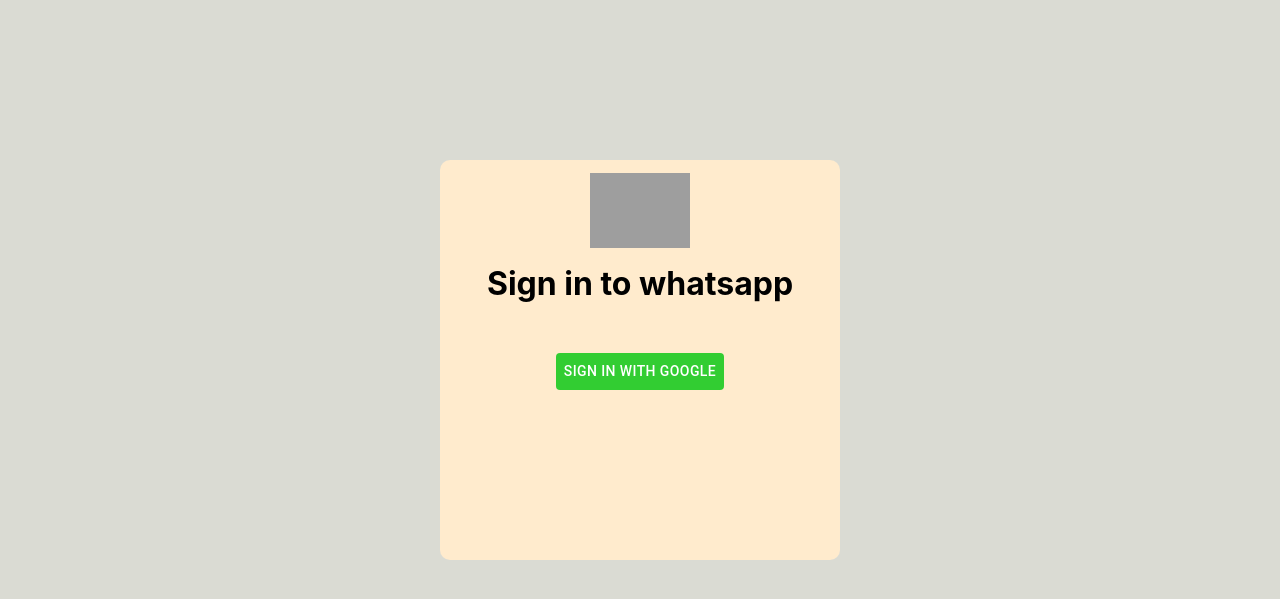
Repository: Prafullkuma/whatsappclon
Page: /
These files come from the project's save history. The page is drawn as it stood at one moment and after the next save; the edit follows.
The browser window is 1280 px wide. The pictures show the whole page.
Pictures or frames that could not be fetched are drawn as grey boxes. The project was rebuilt for these pictures with package versions that can differ from the ones it lists, and the page was loaded fresh each time. Also part of the build but not shown: src/Component/Sidebar.css, src/Component/Chat/sidebarChat.css, src/firebase.js, src/Component/Chat/SidebarChat.js, src/Component/Sidebar.js, src/Component/mainChat.css, src/Component/MainChat.js.

Above is the page before, as saved 2020-08-20 13:48:05.

### src/App.js
import React, { useState } from 'react';
import './App.css';
import Sidebar from './Component/Sidebar'
import Chat from './Component/MainChat'
import { BrowserRouter as Router, Switch, Route, useParams } from 'react-router-dom';
import Login from './Component/Auth/Login'
function App() {
  const [user, setUser] = useState('')
  return (
    <div className="app">
      {!user ? <Login /> :
        <div className="app__body">
          <Router>
            <Switch>
              <Sidebar />
              <Route path="/rooms/:roomid">
                <Chat />
              </Route>
              <Route path="/">
                <h1>Home Screen</h1>
              </Route>
            </Switch>

          </Router>

        </div>
      }

    </div>
  );
}

export default App;

### src/App.css
.app{
  background-color: #dadbd3;
  height: 100vh;
  display: grid;
  place-items: center;
}
.app__body{
  display: flex;
  height: 90vh;
  width: 90vw;
  background-color: #ededed;
  box-shadow: -1px 4px 20px -6px rgba(0, 0, 0, 0.3);
}

### src/Component/Auth/Login.js
import React from 'react'
import './login.css'
import { Button } from '@material-ui/core'
function Login() {
    const singIn = () => {
        console.log("Datata")
    }
    return (
        <div className="login">
            <div className="login_container">
                <img src="https://i.pinimg.com/originals/f7/5d/94/f75d94874d855a7fcfcc922d89ac5e80.png"
                    alt="Whats App" />
                <div className="Login_text">
                    <h1>Sign in to whatsapp</h1>
                </div>
                <Button type="submit" onClick={singIn}>
                    Sign in with Google
                </Button>
            </div>
        </div>
    )
}

export default Login

### src/Component/Auth/login.css
.login{
    background-color: blanchedalmond;
    height: 400px;
    width: 400px;
    text-align: center;
    box-shadow: black;
    border-radius: 10px;
}
.login_container>img{
    height: 100px;
    width: 100px;
    object-fit: contain;
}
.login_container>button{
    margin-top: 50px;
    background-color: limegreen;
    color: white;

}
button:hover{
    color:black;
    background-color: white;
    border: 1px solid black;
}

Loaded but not shown: public/index.html (common file); src/index.js (common file); src/index.css (common file)

After the next save:
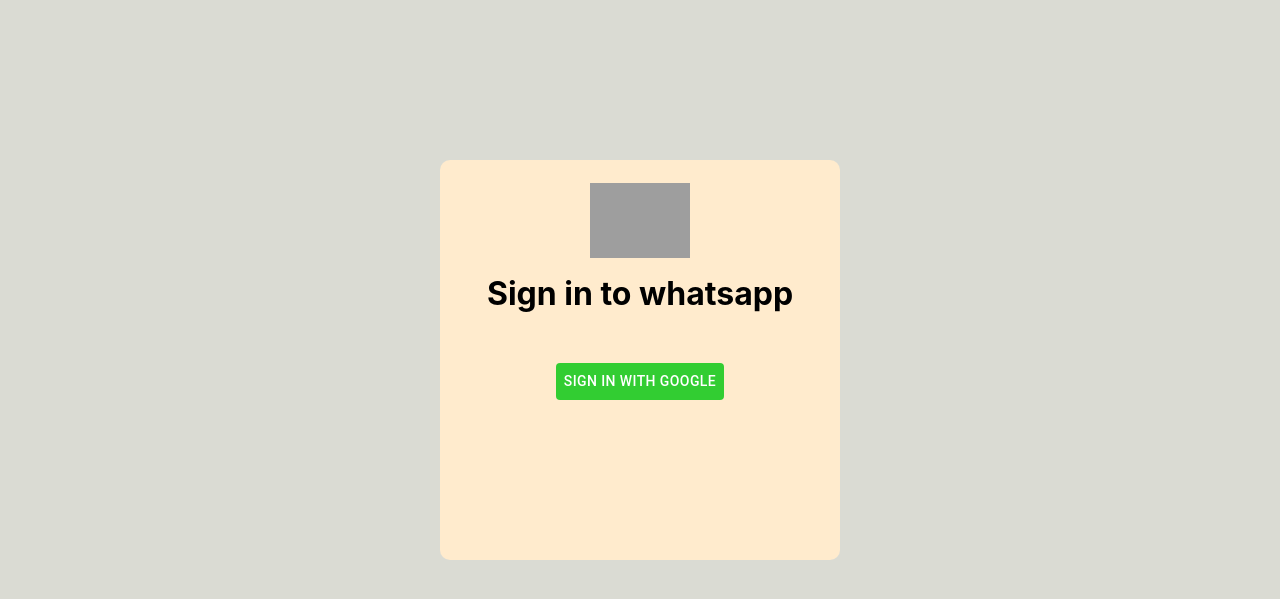
Saved 15 s later.
--- a/src/Component/Auth/login.css
+++ b/src/Component/Auth/login.css
@@ -5,6 +5,9 @@
     text-align: center;
     box-shadow: black;
     border-radius: 10px;
+}
+.login_container{
+    margin-top: 10px;
 }
 .login_container>img{
     height: 100px;
